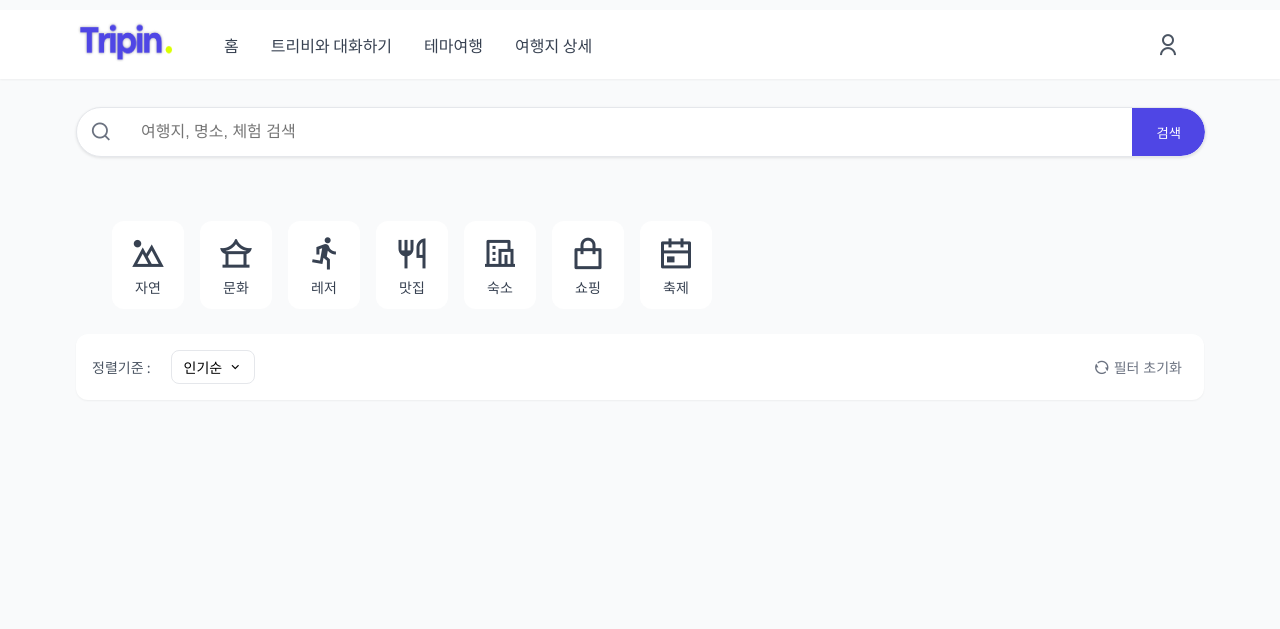
Repository: ict-mid-project/Place
Page: http://localhost/tripin/WEB-INF/views/place_list.jsp
An editor plug-in stored every save of this project. The page is shown before and after the next save, followed by the edit.
The browser window is 1280 px wide. The pictures show the whole page.
Some web libraries are served in a nearby version. The page is served by Tomcat 9. Nobody is signed in. Other server files are loaded and not shown. The template is opened directly, without the code that normally fills it, so the values that code supplies are empty.

Above is the page before, as saved 2025-05-16 09:13:07.

### tripin/src/main/webapp/WEB-INF/views/place_list.jsp
<%@ page language="java" contentType="text/html; charset=UTF-8"
    pageEncoding="UTF-8"%>
<%@ taglib prefix='c' uri="http://java.sun.com/jsp/jstl/core" %>
<!DOCTYPE html>
<html>
<head>
<meta charset="UTF-8">
<title>Tripin - 여행지 검색</title>
<!-- css파일연결 -->
<link href="/tripin/resources/css/css_place_list.css" rel="stylesheet" type="text/css">
<!-- Pacifico 폰트 링크 -->
<link href="https://fonts.googleapis.com/css2?family=Pacifico&display=swap" rel="stylesheet">
<!-- Noto Sans KR 폰트 링크 -->
<link href="https://fonts.googleapis.com/css2?family=Noto+Sans+KR:wght@300;400;500;700&amp;display=swap" rel="stylesheet">
<!-- Remix icon 아이콘 폰트 라이브러리 -->
<link rel="stylesheet" href="https://cdnjs.cloudflare.com/ajax/libs/remixicon/4.6.0/remixicon.min.css">
<!-- jquery -->
<script src="https://ajax.googleapis.com/ajax/libs/jquery/3.7.1/jquery.min.js"></script>
<!-- js파일 -->
<script type="text/javascript" src="/tripin/resources/js/place_list.js"></script>
<!-- favicon -->
<link rel="icon" href="/tripin/resources/img/favicon.ico">

</head>
<body>
  <!-- 헤더 -->
  <header class="place_list_header">
    <div class="container">
      <!-- 타이틀 -->
      <div class="left-header">
	      <a href="#" class="main_title">
	      	<img class="logo" src="/tripin/resources/img/tripin_logo.png">
	      </a>
	      <nav class="main-nav">
	      	<a href="#" class="home">홈</a>
	      	<a href="#" class="trivy">트리비와 대화하기</a>
	      	<a href="place_list" class="theme">테마여행</a>
	      	<a href="#" class="detail">여행지 상세</a>
	      </nav>
      </div>
    <div class="icon-group">
      <button class="icon-button">
        <i class="ri-user-line"></i>
      </button>
    </div>
    </div>
  </header>

  <!-- 메인 -->
  <main class="container column-layout">
  <div>
  <!-- 검색창 -->
    <section class="search-section full-width">
       <form action="">
   		<div class="search-box">
	        <div class="search-icon">
	          <i class="ri-search-line ri-lg"></i>
	        </div>
	        <input type="text" class="search-input" name="searchKeyword" placeholder="여행지, 명소, 체험 검색">
	        <input class="search-button" type="submit" value="검색">
   		</div>
	  </form>
      <!-- <form action="fetch" method="get">
      	<button type="submit">최신여행정보 불러오기</button>
      </form> -->
    </section>
  </div>
  <!-- 테마 필터 -->
  <div class="theme-filter-wrapper scroll-container">
  	<div class="theme-filter-scroll">
  		<button class="theme-button">
  			<div class="theme-icon">
  				<i class="ri-landscape-line ri-xl"></i>
  			</div>
  			<span data-value="1">자연</span>
  		</button>
  		<button class="theme-button">
  			<div class="theme-icon">
  				<i class="ri-ancient-pavilion-line ri-xl"></i>
  			</div>
  			<span data-value="2">문화</span>
  		</button>
  		<button class="theme-button">
  			<div class="theme-icon">
  				<i class="ri-run-line ri-xl"></i>
  			</div>
  			<span data-value="3">레저</span>
  		</button>
  		<button class="theme-button">
  			<div class="theme-icon">
  				<i class="ri-restaurant-line ri-xl"></i>
  			</div>
  			<span data-value="4">맛집</span>
  		</button>
  		<button class="theme-button">
  			<div class="theme-icon">
  				<i class="ri-hotel-line ri-xl"></i>
  			</div>
  			<span data-value="5">숙소</span>
  		</button>
  		<button class="theme-button">
  			<div class="theme-icon">
  				<i class="ri-shopping-bag-line ri-xl"></i>
  			</div>
  			<span data-value="6">쇼핑</span>
  		</button>
  		<button class="theme-button">
  			<div class="theme-icon">
  				<i class="ri-calendar-event-line ri-xl"></i>
  			</div>
  			<span data-value="7">축제</span>
  		</button>
  	</div>
  </div>

  <!-- 필터옵션 -->
  <section class="filter-bar">

  	<div class="filter-left">
  		<span class="filter-label">정렬기준 : </span>
  		<div class="sort-dropdown">
  			<button class="sort-button"  id="sort-button" type="button">
  				<span id="selectedSort">
  					<c:choose>
  						<c:when test="${param.sort == '최신순'}">최신순</c:when>
  						<c:otherwise>인기순</c:otherwise>
  					</c:choose>
  				</span>
  				<i class="ri-arrow-down-s-line"></i>
  			</button>
  			<div class="dropdown-menu" id="dropdown-menu">
  				<div class="dropdown-item" data-value="인기순">인기순</div>
  				<div class="dropdown-item" data-value="최신순">최신순</div>
  			</div>
  		</div>
  	</div>
  	<form action="place_list" method="get" id="filter-form">
	  	<input type="hidden" name="theme_id" id="theme_id">
	  	<input type="hidden" name="sort" id="sort">
  	</form>
	<div class="filter-right">
		<button class="reset-button" onclick="location.href='place_list.do'">
			<i class="ri-refresh-line reset-icon"></i>
			<span>필터 초기화</span>
		</button>
	</div>
  </section>
  <!-- 검색 결과 목록 : db연결 -->
  <section class="result-bar">
  	<!-- 여행지카드 -->
  	<c:forEach var="place" items="${placeList}">
	  	<div class="place-card" data-dest-id="${place.dest_id}">
	  	<!-- 이미지 유무 -->
	  	<c:choose>
	  		<c:when test="${empty place.repr_img_url}">
	  			<div class="skeleton-img shimmer"></div>
	  		</c:when>
	  		<c:otherwise>
		  		<img  class="place-img"
		  		src="${place.repr_img_url}"
		  		alt="${place.dest_name}">
	  		</c:otherwise>
	  	</c:choose>
	  	<c:choose>
	  		<c:when test="${empty place.user_id}">
	  			<button class="bookmark" type="button">
	 	 			<i class="ri-heart-line"></i>
	  			</button>
	  		</c:when>
	  		<c:when test="${place.user_id == session.scope and place.bookmarked == true}">
	  			<button class="bookmark" type="button">
	 	 			<i class="ri-heart-fill text-red-500"></i>
	  			</button>
	  		</c:when>
	  	</c:choose>
	  		<div class="place-content">
	  			<h3 class="place-title">${place.dest_name}</h3>
	  			<p class="place-text">${place.rel_keywords}</p>
	  		</div>
	  		<div class="place-info">
	            <div class="place-info-left">
	                <div class="map-pin">
	                    <i class="ri-map-pin-line"></i>
	                </div>
	                <span>${place.full_address}</span>
	            </div>
	            <div class="place-info-right">
	                <div class="star">
	                    <i class="ri-star-fill"></i>
	                </div>
	                <span class="place-rate">4.8</span>
	                <span class="place-review-cnt">(256)</span>
	            </div>
	        </div>
	  	</div>
  	</c:forEach>
  </section>
  <!-- 더 불러오기 버튼 -->
  <div class="load-more-wrapper">
  	<button class="load-more-btn">
  		<span class="load-more-text">더 보기</span>
  		<div class="load-more-icon">
  			<i class="ri-arrow-down-s-line"></i>
  		</div>
  	</button>


  </div>
  </main>


</body>
</html>

### tripin/src/main/webapp/resources/css/css_place_list.css
/* 공통 container */
.container {
  max-width: 1200px;
  margin: 0 auto;
  padding: 12px 36px;
  display: flex;
  align-items: center;
  justify-content: space-between;
  width: 100%;
  box-sizing: border-box;
}

/* column용 레이아웃: 검색창 등 */
.column-layout {
  flex-direction: column;
  display : flex;
  gap: 24px;
  align-items: stretch;
}

/* 헤더 */
.place_list_header {
  background: white;
  position: sticky;
  top: 0;
  left: 0;
  right: 0;
  z-index: 10;
  box-shadow: 0 1px 2px 0 rgba(0, 0, 0, 0.05);
}

.left-header {
  display: flex;
  align-items: center;
  gap : 16px;
}

/* 배경 및 기본 폰트 */
body {
  font-family: 'Noto Sans KR', sans-serif;
  background-color: #f9fafb;
  margin: 0;
  padding-top: 10px; /* 헤더 높이만큼 여백 */
}

/* Tripin logo */
.logo {
	width : 100px;
	height : 40px;
	align : center;
}

/* .main_title {
  font-size: 36px;
  font-family: 'Pacifico', cursive;
  color: #4F46E5;
  margin-right: 12px;
  text-decoration: none;
}
 */
/* 네비게이션 바 */
.main-nav {
  margin-left: 16px;
  display: flex;
}

.main-nav {
  	display: flex;
  	align-items: flex-start;
  }

  .main-nav a {
    padding: 0.5rem 1rem;
    color: #374151;
    font-weight: 500;
    text-decoration: none;
    transition: color 0.2s ease-in-out;
  }

  .main-nav a:hover {
    color: #4F46E5;
  }

@media (max-width: 768px) {
  .main-nav {
  	writhing-mode: vertical-rl;
  	align-items: flex-start;
  }

  .main-nav a {
    padding: 0.5rem 1rem;
    color: #374151;
    font-weight: 500;
    text-decoration: none;
    transition: color 0.2s ease-in-out;
  }

  .main-nav a:hover {
    color: #4F46E5;
  }
}

/* 사용자 아이콘 그룹 */
.icon-group {
  display: flex;
  align-items: center;
  gap: 16px;
  padding-right: 16px;
}

.icon-button {
  color: #4B5563;
  display: flex;
  align-items: center;
  justify-content: center;
  width: 40px;
  height: 40px;
  background: none;
  border: none;
  cursor: pointer;
}

.ri-user-line {
  font-size: 24px;
}

/* 검색창 */
.search-section {
  margin-top: 1rem;
  margin-bottom: 1.5rem;
}

.search-box {
  display: flex;
  align-items: center;
  background-color: white;
  border-radius: 9999px;
  border: 1px solid #E5E7EB;
  box-shadow: 0 1px 3px rgba(0, 0, 0, 0.1);
  overflow: hidden;
  height: 48px;
  width: 100%;
}

.search-icon {
  display: flex;
  align-items: center;
  justify-content: center;
  width: 48px;
  height: 48px;
  color: #6B7280;
}


.search-input {
  flex: 1;
  padding: 12px 16px;
  border: none;
  color: #374151;
  font-size: 1rem;
  outline: none;
  height: 100%;
  min-width: 0;
}

.search-button {
  background-color: #4F46E5;
  color: white;
  padding: 12px 24px;
  border: none;
  height: 100%;
  border-radius: 0 9999px 9999px 0;
  cursor: pointer;
  white-space: nowrap;
  flex-shrink: 0;
}

/* 테마버튼 */
.theme-filter-wrapper {
	margin-top: 1rem;
	padding-bottom: 0.5rem;
	overflow-x: auto;
}

.theme-filter-scroll {
  display: flex;
  gap: 1rem;
  min-width: max-content;
  padding: 0 36px;
  box-sizing: border-box;
}

/* 버튼 스타일 */
.theme-button {
  display: flex;
  flex-direction: column;
  align-items: center;
  justify-content: center;
  padding: 12px 16px;
  background-color: white;
  border-radius: 12px;
  border: none;
  cursor: pointer;
  font-family: 'Noto Sans KR', sans-serif;
  color: #374151;
  font-size: 0.875rem;
  font-weight: 500;
  transition: background-color 0.2s, color 0.2s;
}

/* 선택된 버튼에만 적용될 스타일 (JS에서 active 클래스로 토글) */
.theme-button.active {
  background-color: rgba(79, 70, 229, 0.1); /* bg-primary with opacity */
  color: #4F46E5;
}

/* 아이콘 영역 */
.theme-icon {
  width: 40px;
  height: 40px;
  margin-bottom: 4px;
  display: flex;
  align-items: center;
  justify-content: center;
  font-size: 24px;
}

.scroll-container {
	overflow-x : auto;
	white-space: nowrap;
	padding-bottom: 1px;
}

/* 스크롤 영역 전체 */
.scroll-container::-webkit-scrollbar {
  height: 3px;       /* 가로 스크롤 높이 */

}

/* 스크롤바 트랙 (배경) */
.scroll-container::-webkit-scrollbar-track {
  background: transparent;
}

/* 스크롤바 썸(잡는 부분) */
.scroll-container::-webkit-scrollbar-thumb {
  background-color: #d4d4d4;
  border-radius: 4px;
}

/* 마우스로 클릭할 때 */
.scroll-container::-webkit-scrollbar-thumb:hover {
  background-color: #a8a8a8;
}

/* 필터옵션영역 */
.filter-bar {
  display: flex;
  align-items: center;
  justify-content: space-between;
  background-color: white;
  padding: 16px;
  border-radius: 12px;
  box-shadow: 0 1px 2px rgba(0, 0, 0, 0.05);
  margin-bottom: 24px;
}

.filter-left {
  display: flex;
  align-items: center;
  gap: 12px;
}

.filter-label {
  color: #4B5563;
  margin-right: 8px;
  font-size: 14px;
}

.sort-dropdown {
  position: relative;
}

.sort-button {
  display: flex;
  align-items: center;
  background-color: white;
  border: 1px solid #E5E7EB;
  border-radius: 8px;
  padding: 6px 12px;
  cursor: pointer;
  font-size: 14px;
  white-space: nowrap;
  gap: 6px;
}
/* 드롭다운 */
.dropdown-menu {
  position: absolute;
  top: 110%;
  left: 0;
  width: 100%;
  background-color: white;
  border: 1px solid #E5E7EB;
  border-radius: 8px;
  box-shadow: 0 4px 8px rgba(0,0,0,0.05);
  display: none;
  z-index: 100;
}

.dropdown-item {
  padding: 8px 12px;
  cursor: pointer;
  font-size: 14px;
}

.dropdown-item:hover {
  background-color: #F3F4F6;
}

.filter-tag {
  margin-left: 12px;
  display: flex;
  align-items: center;
  background-color: rgba(79, 70, 229, 0.1);
  color: #4F46E5;
  padding: 4px 12px;
  border-radius: 9999px;
  font-size: 13px;
  gap: 0px;
}

.filter-close {
  margin-left: 6px;
  background: none;
  border: none;
  cursor: pointer;
  display: flex;
  align-items: center;
  width: 16px;
  height: 16px;
}

.reset-button {
  display: flex;
  align-items: center;
  font-size: 14px;
  color: #6B7280;
  background: none;
  border: none;
  cursor: pointer;
  gap: 4px;
}

.reset-icon {
  font-size: 16px;
}

/* 결과 리스트 전체 */
.result-bar {
  display: grid;
  grid-template-columns: 1fr;
  gap: 24px;
  margin-top: 24px;
}

@media (min-width: 768px) {
  .result-bar {
    grid-template-columns: 1fr 1fr;
  }
}

/* 카드 전체 박스 */
.place-card {
  background-color: white;
  border-radius: 12px;
  overflow: hidden;
  box-shadow: 0 4px 12px rgba(0, 0, 0, 0.05);
  position: relative;
  display: flex;
  flex-direction: column;
  cursor : pointer;
}

/* 이미지 영역 */
.place-img {
  width: 100%;
  height: 192px; /* 48px × 4 */
  object-fit: cover;
  object-position: top;
  display: block;
}

/* 이미지값 null인 경우 */
.skeleton-img {
  width: 100%;
  height: 192px;
  background-color: #f0f0f0;
  border-radius: 8px;
  animation : shimmer 1.5s infinite;
}


/* 찜 버튼 */
.bookmark {
  position: absolute;
  top: 12px;
  right: 12px;
  background-color: rgba(255, 255, 255, 0.8);
  border: none;
  border-radius: 50%;
  width: 32px;
  height: 32px;
  display: flex;
  align-items: center;
  justify-content: center;
  cursor: pointer;
}

/* 본문 컨텐츠 */
.place-content {
  padding: 16px;
}

.place-title {
  font-size: 18px;
  font-weight: bold;
  margin-bottom: 6px;
  color: #111827;
}

.place-text {
  font-size: 14px;
  color: #6B7280;
  line-height: 1.4;
}

/* 하단 정보 라인 */
.place-info {
  display: flex;
  justify-content: space-between;
  align-items: center;
  padding: 0 16px 16px;
  font-size: 13px;
  color: #6B7280;
}

/* 왼쪽: 위치 */
.place-info-left {
  display: flex;
  align-items: center;
}

.map-pin {
  display: flex;
  align-items: center;
  justify-content: center;
  margin-right: 4px;
}

/* 오른쪽: 별점 */
.place-info-right {
  display: flex;
  align-items: center;
}

.star {
  color: #FBBF24; /* yellow-400 */
  display: flex;
  align-items: center;
  margin-right: 4px;
}

.place-rate {
  font-weight: 500;
  margin-right: 4px;
  color: #374151;
}

.place-review-cnt {
  color: #9CA3AF;
}

.text-red-500 {
  color: #ef4444;
}

/* 더보기버튼 */
.load-more-btn {
    background-color: white;
    border: 1px solid #e5e7eb;
    color: #374151;
    padding: 12px 12px;
    border-radius: 9999px;
    white-space: nowrap;
    display: flex;
    align-items: center;
    cursor: pointer;
    font-size: 16px;
}

.load-more-wrapper {
	display: flex;
	justify-content: center;
	padding: 32px 16px;
}

.load-more-icon {
	padding: 6px 12px;
	display: flex;
  	align-items: center;
}

.load-more-text {
	padding: 6px 12px;
	display: flex;
  	align-items: center;
}

### tripin/src/main/webapp/resources/js/place_list.js
$(function(){

	var loadMoreBtn = $('.load-more-wrapper');
	var maxloaded = 6;
	var currentLoaded = 0;

	//카드 수 6개 제한 함수
		function showNextCards(){
			var cards = $('.place-card');
			var nextLoaded = maxloaded + currentLoaded;

			cards.slice(currentLoaded, nextLoaded).fadeIn();
			currentLoaded = nextLoaded;

			//모두 보이면 더보기 버튼 숨기기
			if(currentLoaded >= cards.length) {
				$('.load-more-wrapper').hide();
			} else {
				$('.load-more-wrapper').show();
			}
		};

	$('.filter-tag').hide();


	//테마버튼 클릭시 음영
	$('.theme-button').on('click', function(){
		$('.theme-button').removeClass('active');
		$(this).addClass('active');

		//선택한 테마 텍스트
		var theme = $(this).children('span').text().trim();
		//alert(theme);

		$('.filter-tag')
			.show()
			.attr('data-value',theme)
			.find('span').contents().replaceWith(theme); //클릭한 테마의 태그 나오게
	});

	//테마 버튼 클릭시
	$('.theme-button').on('click', function(){
		//선택한 테마의 data-value 값
		var selectedTheme = $(this).children('span').attr('data-value');
		//alert(selectedTheme);

		//클릭한 테마에 맞는 db값 출력
		$.ajax({
			type : 'get'
			, url : 'place_list/json'
			, data : {theme_id : parseInt(selectedTheme)}
			, success : function(result){
				//console.log(result);
				//여행지 카드 기존 목록 제거
				$('.result-bar').empty();

				//받아온 여행지 데이터 카드 형태로 추가
				$.each(result, function(index, place){
					//result : ajax응답으로 받은 여행지 배열
					// index : 배열 내 현재 반복 순서
					// place : 배열 안 각 여행지 객체
					const imgHtml = place.repr_img_url
					        ? `<img class="place-img" src="${place.repr_img_url}" alt="${place.dest_name}">`
					        : `<div class="skeleton-img shimmer"></div>`;

					    const html = `
					        <div class="place-card" style="display: none;">
					            ${imgHtml}
					            <button class="bookmark">
					                <i class="ri-heart-line"></i>
					            </button>
					            <div class="place-content">
					                <h3 class="place-title">${place.dest_name}</h3>
					                <p class="place-text">${place.rel_keywords || ''}</p>
					            </div>
					            <div class="place-info">
					                <div class="place-info-left">
					                    <div class="map-pin">
					                        <i class="ri-map-pin-line"></i>
					                    </div>
					                    <span>${place.full_address}</span>
					                </div>
					                <div class="place-info-right">
					                    <div class="star">
					                        <i class="ri-star-fill"></i>
					                    </div>
					                    <span class="place-rate">4.8</span>
					                    <span class="place-review-cnt">(256)</span>
					                </div>
					            </div>
					        </div>
					    `;

					    $('.result-bar').append(html);
				}); //end of each

				const cardCount = $('.place-card').length;
				//카드 수 제한 적용
				if(cardCount <= maxloaded) {
					$('.place-card').fadeIn();
					$('.load-more-wrapper').hide();
					currentLoaded = cardCount;
				}else {
					showNextCards();
				}
			}
			, error : function(err){
				console.log(err);
			}

		}); //end of ajax
	});


	//여행지 카드 수 제한 	(페이지 로딩 시)
	$('.place-card').each(function(index){
		if(index >= maxloaded) {
			$(this).hide();
		}
	});

	currentLoaded = maxloaded;

	showNextCards();

	//더보기 버튼 클릭시 6개 추가 로딩
	loadMoreBtn.on('click', function(){
		showNextCards();
	});



	//정렬기준 선택
	$('#sort-button').on('click', function(){
		//alert("ok");
		$('#dropdown-menu').toggle();
	});

	$('.dropdown-item').on('click', function(){
		var selected = $(this).data('value');
		//alert(selected);
		$('#selectedSort').text(selected);
		$('#dropdown-menu').hide();
	})

	//클로스 아이콘 누르면 해당 테마 삭제
	$('.ri-close-line').on('click', function(){
		//alert("ok");
		//
		$('.filter-tag').hide();
		$('.theme-button').removeClass('active');


	})

	//필터 초기화 누르면 테마 삭제 / 정렬기준 초기화
	$('.reset-button').on('click', function(){
		$('.filter-tag').hide();
		$('.theme-button').removeClass('active');
		$('#selectedSort').text('인기순').data('value', '인기순');
	})

	//여행지 결과 좋아요버튼 토글
	$('.bookmark i').on('click', function(){
		//alert("ok");
		if($(this).hasClass('ri-heart-line')) {
			$(this).removeClass('ri-heart-line').addClass('ri-heart-fill text-red-500');
		}else {
			$(this).removeClass('ri-heart-fill text-red-500').addClass('ri-heart-line');
		}
	})






});

After the next save:
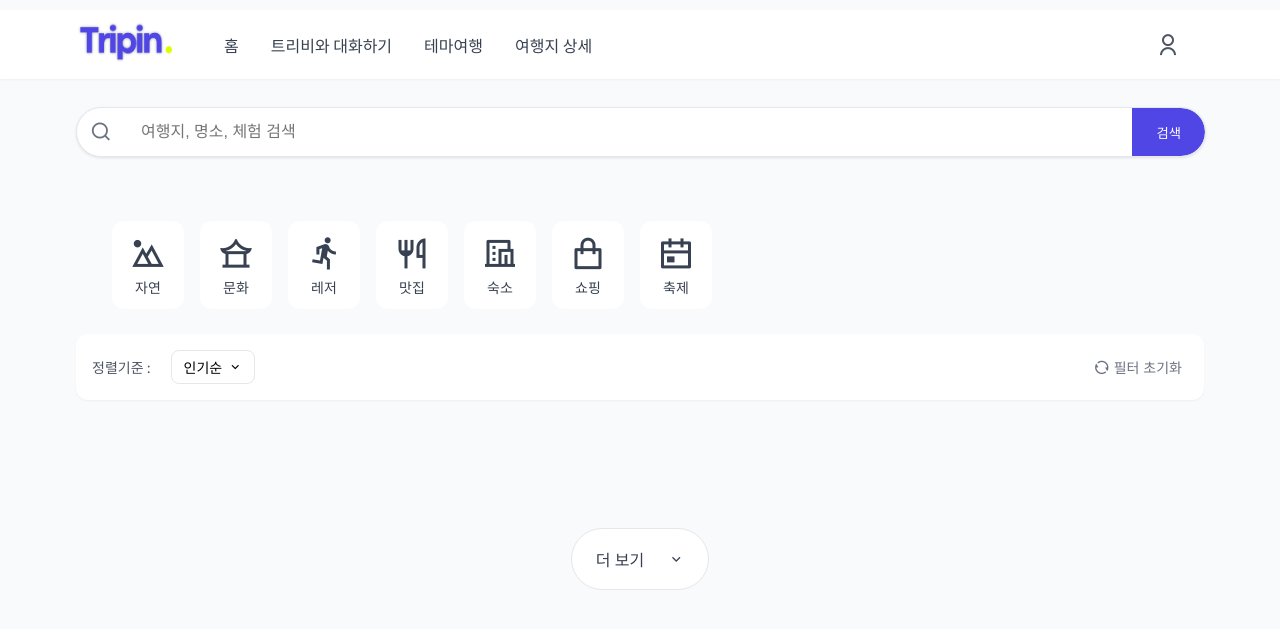
Console error: SyntaxError: Unexpected identifier 'initialCards'
Saved 39 s later.
--- a/tripin/src/main/webapp/resources/js/place_list.js
+++ b/tripin/src/main/webapp/resources/js/place_list.js
@@ -19,6 +19,14 @@
 				$('.load-more-wrapper').show();
 			}
 		};
+
+		ar initialCards = $('.place-card');
+		initialCards.each(function(index){
+			if(index >= maxloaded){
+				$(this).hide();
+			}
+		});
+		currentLoaded = Math.min(initialCards.length, maxloaded);
 
 	$('.filter-tag').hide();
 

After the save that followed:
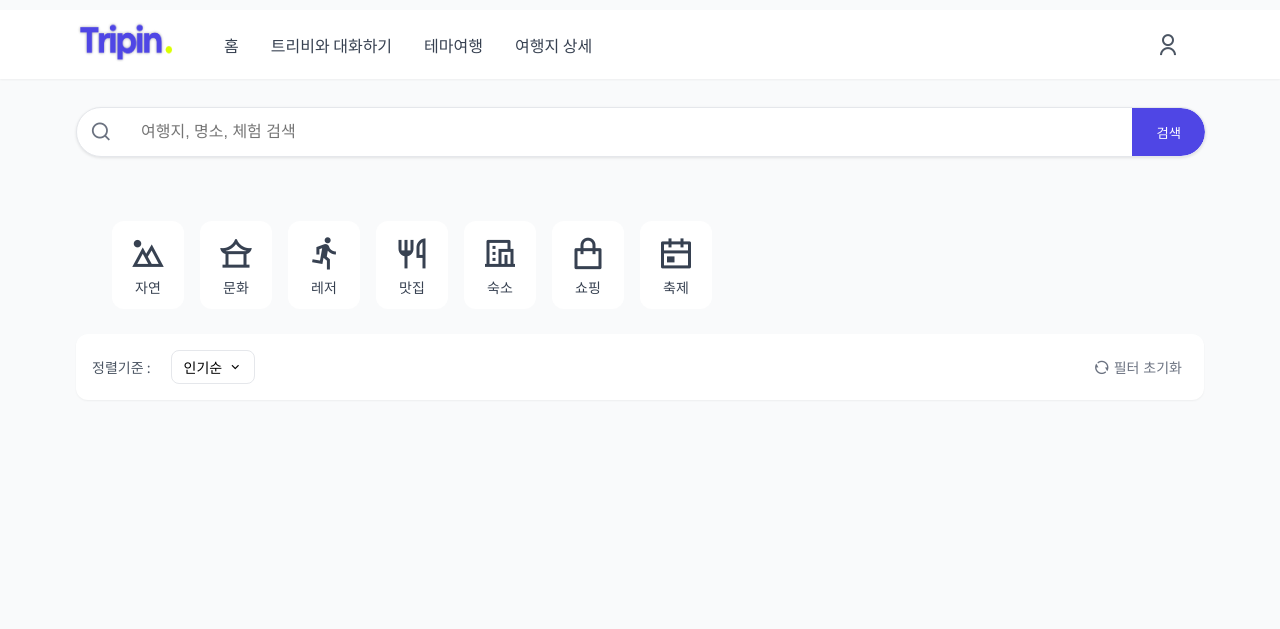
The error is gone.
Saved 4 s later.
--- a/tripin/src/main/webapp/resources/js/place_list.js
+++ b/tripin/src/main/webapp/resources/js/place_list.js
@@ -20,7 +20,7 @@
 			}
 		};
 
-		ar initialCards = $('.place-card');
+		var initialCards = $('.place-card');
 		initialCards.each(function(index){
 			if(index >= maxloaded){
 				$(this).hide();
